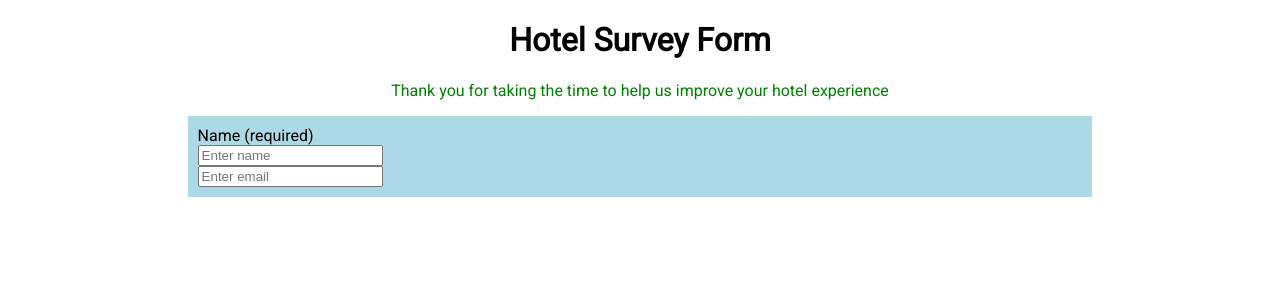
Repository: derektypist/survey-form
Page: index.html
The author's editor kept a record of every edit. The page is drawn from the files as they stood at one moment, then again after the next edit.
The browser window is 1280 px wide. The pictures show the whole page.

Above is the page before.

### index.html
<!DOCTYPE html>
<html lang="en">
<head>
    <meta charset="UTF-8">
    <meta name="viewport" content="width=device-width, initial-scale=1.0">
    <meta http-equiv="X-UA-Compatible" content="ie=edge">
    <title>Hotel Survey Form</title>
    <!-- Load Style Sheets -->
    <link href="https://fonts.googleapis.com/css?family=Roboto&display=swap" rel="stylesheet">
    <style>
        /* Title */
        #title {
            font-family: "Roboto", Arial, Verdana, sans-serif;
            text-align: center;
        }

        /* Description */
        #description {
            font-family: "Roboto", Arial, Verdana, sans-serif;
            text-align: center;
            color: green;
        }

        /* Survey Form */
        #survey-form {
            display: block;
            margin: auto;
            max-width: 70%;
            background-color: lightblue;
            font-family: "Roboto", Arial, Verdana, sans-serif;
            text-align: left;
            padding: 10px;
        }
    </style>
</head>
<body>
    <!-- Provide Title and Description -->
    <header>
        <h1 id="title">Hotel Survey Form</h1>
        <p id="description">Thank you for taking the time to help us improve your hotel experience</p>
    </header>

    <!-- Provide Survey Form -->
    <main>
        <section>
            <form id="survey-form">
                <!-- Set up Name Field -->
                <label for="name-label" id="name-label">Name (required)</label>
                <br>
                <input type="text" id="name" placeholder="Enter name" name="name" required />
                <br>
                <input type="email" id="email" placeholder="Enter email" name="email" required />
            </form>
        </section>
    </main>
</body>
</html>

After the next edit:
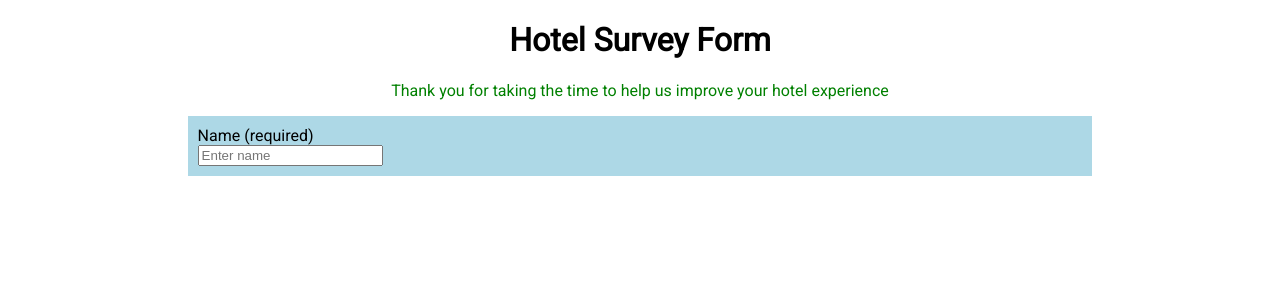
The edit:
--- a/index.html
+++ b/index.html
@@ -49,6 +49,9 @@
                 <br>
                 <input type="text" id="name" placeholder="Enter name" name="name" required />
                 <br>
+
+                <!-- Set up Email Field -->
+                <label for="email"
                 <input type="email" id="email" placeholder="Enter email" name="email" required />
             </form>
         </section>
